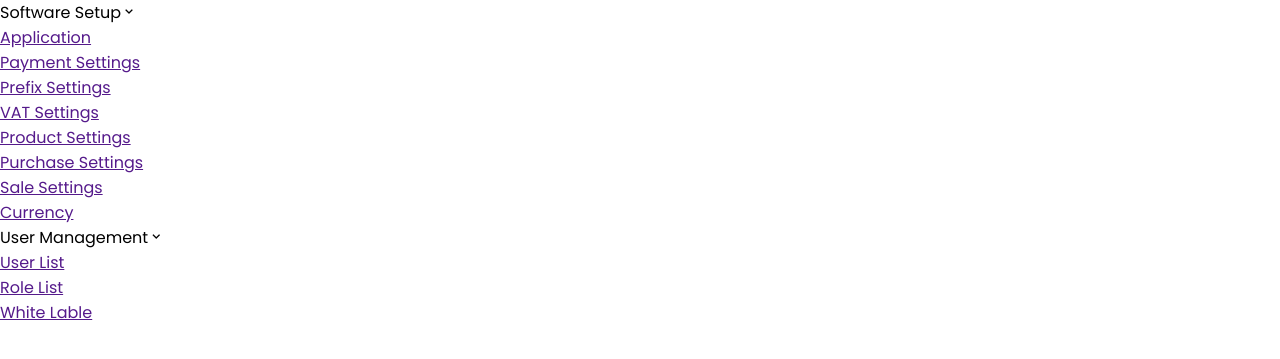
Repository: codebyaddro/pos-settings
Page: settings.html
These files come from the project's save history. The page is drawn as it stood at one moment and after the next save; the edit follows.
The browser window is 1280 px wide. The pictures show the whole page.

Above is the page before, as saved 2025-02-16 13:46:37.

### settings.html
<!DOCTYPE html>
<html lang="en">
<head>
    <meta charset="UTF-8">
    <meta name="viewport" content="width=device-width, initial-scale=1.0">
    <!-- CSS -->
    <link rel="stylesheet" href="/css/settings.css">
    <!-- ICON -->
    <link href='https://unpkg.com/boxicons@2.1.4/css/boxicons.min.css' rel='stylesheet'>
    <title>Settings - Page</title>
</head>
<body>
    <div class="cba-settings-container">
        <div class="cba-settings-top-menubar">
            <ul>
                <li>
                    Software Setup<i class='bx bx-chevron-down'></i>
                    <ul>
                        <li><a href="">Application</a></li>
                        <li><a href="">Payment Settings</a></li>
                        <li><a href="">Prefix Settings</a></li>
                        <li><a href="">VAT Settings</a></li>
                        <li><a href="">Product Settings</a></li>
                        <li><a href="">Purchase Settings</a></li>
                        <li><a href="">Sale Settings</a></li>
                        <li><a href="">Currency</a></li>
                    </ul>
                </li>
                <li>
                    User Management<i class='bx bx-chevron-down'></i>
                    <ul>
                        <li><a href="">User List</a></li>
                        <li><a href="">Role List</a></li>
                    </ul>
                </li>
                <li><a href="">
                    White Lable
                </a></li>
            </ul>
        </div>
    </div>
</body>
</html>

### css/settings.css
/* -- font link -- */

@import url('https://fonts.googleapis.com/css2?family=Poppins:ital,wght@0,100;0,200;0,300;0,400;0,500;0,600;0,700;0,800;0,900;1,100;1,200;1,300;1,400;1,500;1,600;1,700;1,800;1,900&display=swap');

/* -- root css -- */

:root {
    --gray-white: #F0F1F2; /* For body*/
    --white: #FFFFFF;
    --black: #000000;
    --gray-black: #DDDDDD;
    --lt-gray: #EFEFEF;
    --lt-black: #212523;
    --lt-black-op: #21252350;
    --main-green: #157343;
    --main-lt: #37A000;
    --lt-orange: #FD7E14;
    --green: #008000;
    --lt-green: #e9f6ec;
    --lp-green: #F8FAF8;
    --red: #FF0000;
    --lt-red: #fbeaec;
}

/* -- universal style -- */

* {
    margin: 0;
    padding: 0;
    box-sizing: border-box;
    font-family: "Poppins", serif;
}

/* -- web app cursor element selection style -- */

::selection {
    color: var(--white);
    background-color: var(--main-lt);
}

/* -- settings top menu bar style -- */

.cba-settings-top-menubar {
    display: flex;
}

After the next save:
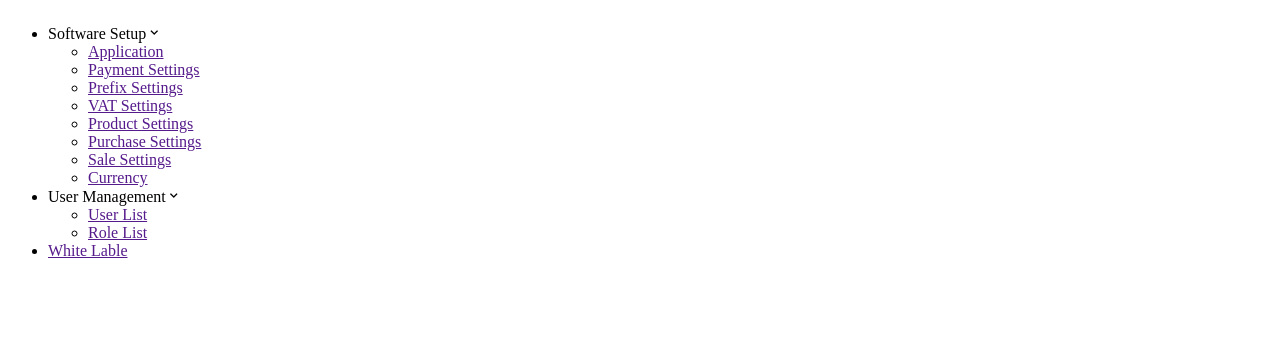
Saved 43 s later.
--- a/css/settings.css
+++ b/css/settings.css
@@ -24,12 +24,12 @@
 
 /* -- universal style -- */
 
-* {
+/* * {
     margin: 0;
     padding: 0;
     box-sizing: border-box;
     font-family: "Poppins", serif;
-}
+} */
 
 /* -- web app cursor element selection style -- */
 
